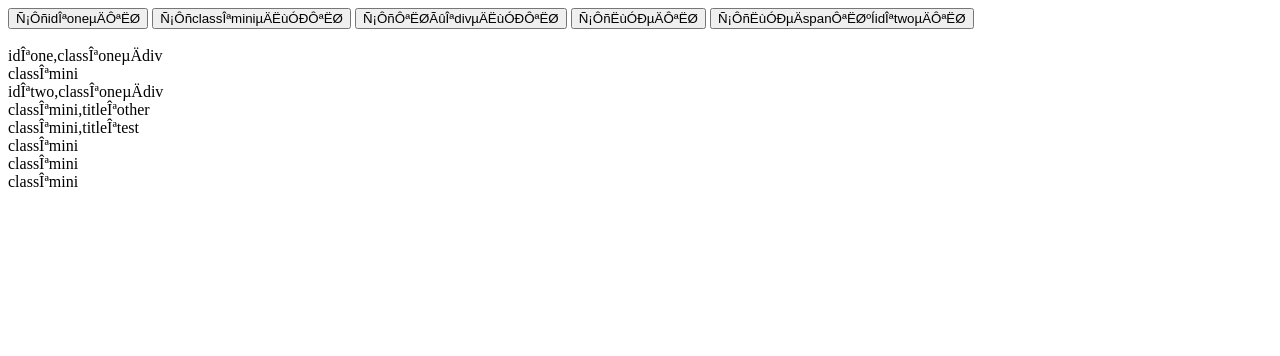
Repository: smilebingbing/java
Page: day_1/WebContent/jquery2.html
These files come from the project's save history. The page is drawn as it stood at one moment and after the next save; the edit follows.
The browser window is 1280 px wide. The pictures show the whole page.

Above is the page before, as saved 2016-10-15 07:00:02.

### day_1/WebContent/jquery2.html
<!DOCTYPE html>
<html>
<head>
<meta http-equiv="Content-Type" content="text/html";charset="gbk">

<title>Insert title here</title>
<style type="text/css">

</style>
</head>
<body>
	<input type="button" value="选择id为one的元素" id="btn1" />
	<input type="button" value="选择class为mini的所有元素" id="btn2" />
	<input type="button" value="选择元素名为div的所有元素" id="btn3" />
	<input type="button" value="选择所有的元素" id="btn4" />
	<input type="button" value="选择所有的span元素和id为two的元素" id="btn5" />
	<br>
	<br>
	<div class="one" id="one" title="text">
			id为one,class为one的div
			<div class="mini">class为mini</div>
	</div>
	<div class="one" id="two" title="text">
			id为two,class为one的div
			<div class="mini" title="other">class为mini,title为other</div>
			<div class="mini" title="test">class为mini,title为test</div>
	</div>
	<div class="one">
		<div class="mini">class为mini</div>
		<div class="mini">class为mini</div>
		<div class="mini">class为mini</div>
		<div class="mini"></div>
	</div>



</body>
</html>

After the next save:
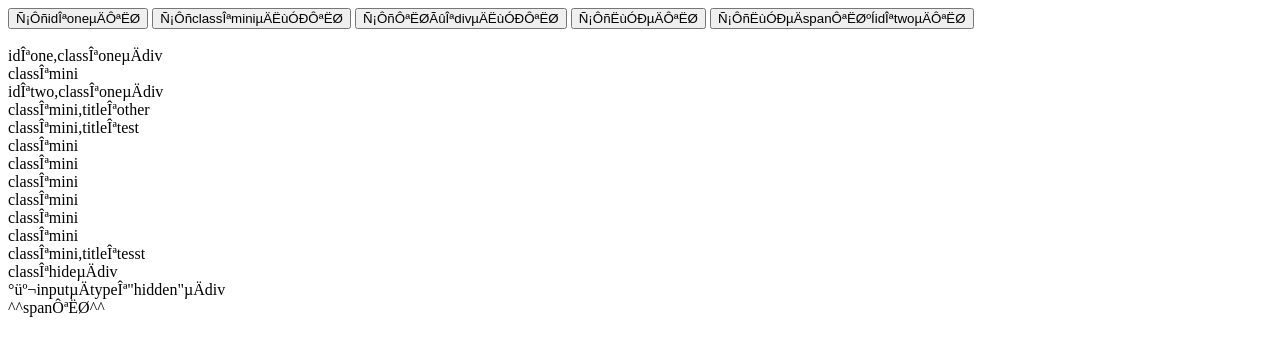
Saved 4 min 0 s later.
--- a/day_1/WebContent/jquery2.html
+++ b/day_1/WebContent/jquery2.html
@@ -31,7 +31,18 @@
 		<div class="mini">class为mini</div>
 		<div class="mini"></div>
 	</div>
-
+	<div class="one">
+		<div class="mini">class为mini</div>
+		<div class="mini">class为mini</div>
+		<div class="mini">class为mini</div>
+		<div class="mini" title="tesst">class为mini,title为tesst</div>
+	</div>
+	<div style="display:none;" class="none">style的display为"none"</div>
+	<div class="hide">class为hide的div</div>
+	<div>
+			包含input的type为"hidden"的div<input type="hidden" size="8">
+	</div>
+	<span id="span">^^span元素^^</span>
 
 
 </body>
